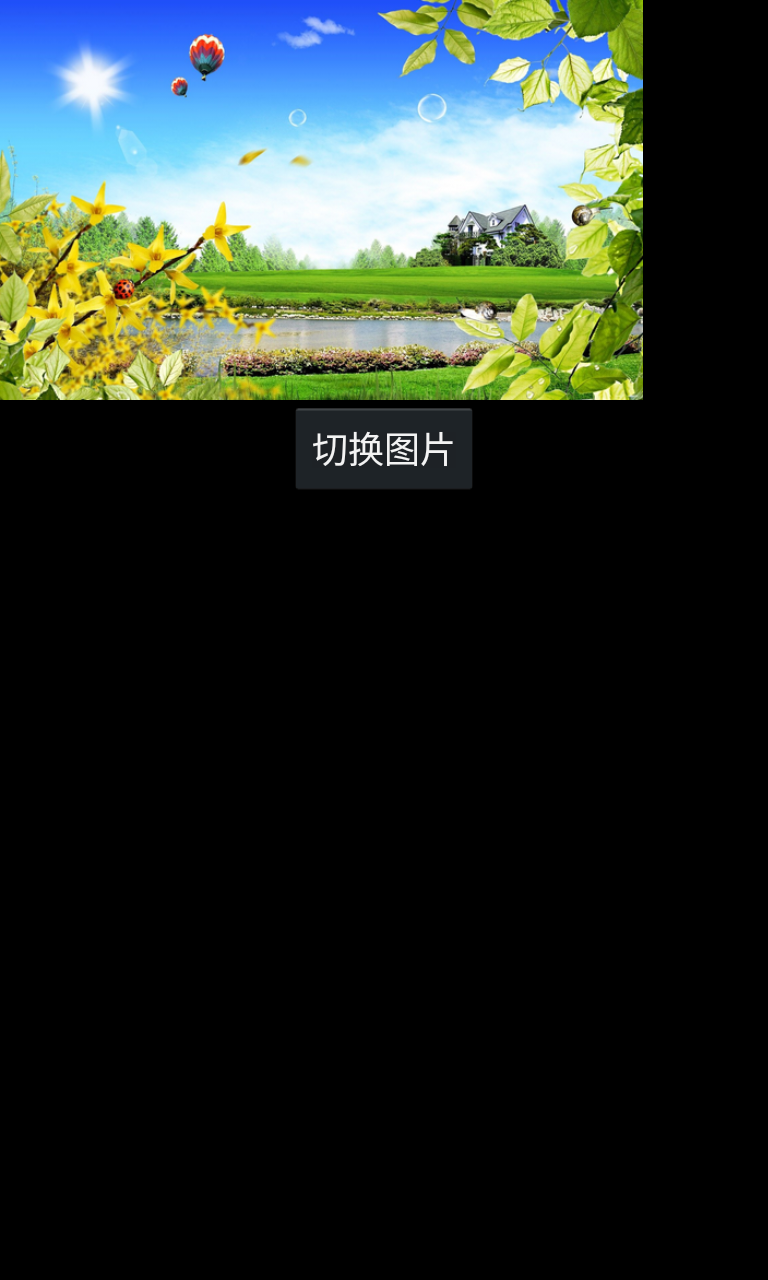
Repository: GuangmingChan/DevelopAndroidApp
Layout: demoImageView/res/layout/main.xml
An editor plug-in stored every save of this project. The layout is shown before and after the next save, followed by the edit.
It is drawn on a 768 x 1280 px phone screen (xhdpi) without system bars, with theme android:Theme.Holo; the app's code is not run.

Above is the layout before, as saved 2017-03-13 08:16:41.

After the next save:
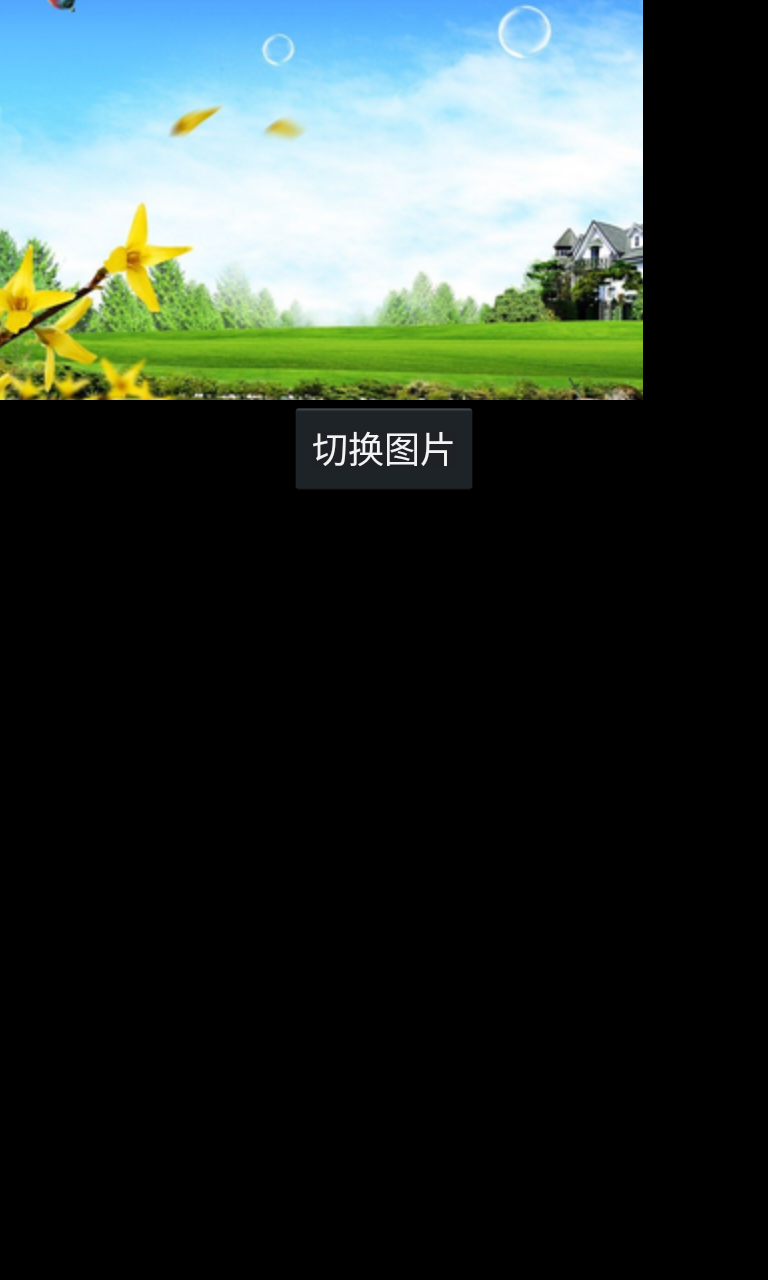
Saved 12 s later.
--- a/demoImageView/res/layout/main.xml
+++ b/demoImageView/res/layout/main.xml
@@ -12,7 +12,7 @@
         android:layout_height="wrap_content"
         android:adjustViewBounds="true"
         android:maxHeight="200"
-        android:scaleType="fitXY"
+        android:scaleType="center"
         android:src="@drawable/sunshine" >
     </ImageView>
 

After the 2 saves that followed:
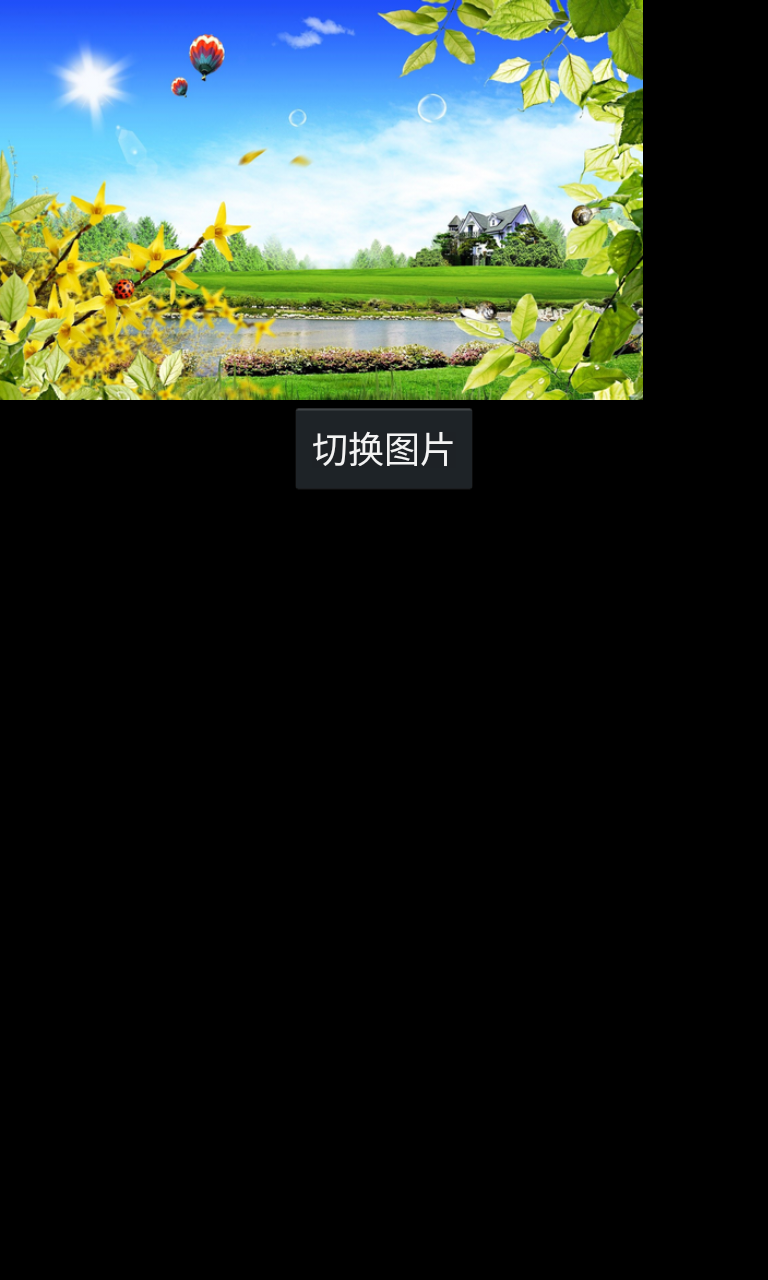
The 2 saves are shown as one change because 1 left the picture as it was.
The last was saved 67 s later.
--- a/demoImageView/res/layout/main.xml
+++ b/demoImageView/res/layout/main.xml
@@ -11,8 +11,8 @@
         android:layout_width="wrap_content"
         android:layout_height="wrap_content"
         android:adjustViewBounds="true"
-        android:maxHeight="200"
-        android:scaleType="center"
+        android:maxHeight="200dp"
+        android:scaleType="fixStart"
         android:src="@drawable/sunshine" >
     </ImageView>
 
